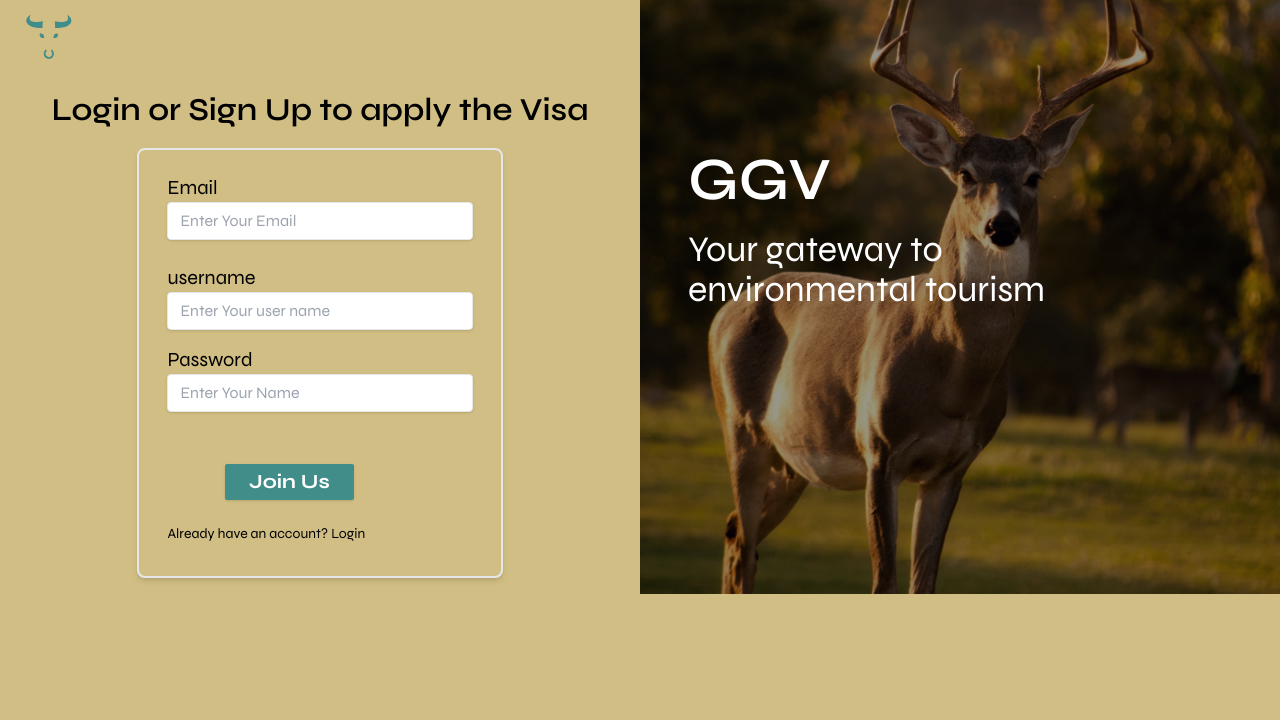
Repository: EngrAhmadUmar/landing-page
Page: /register
An editor plug-in stored every save of this project. The page is shown before and after the next save, followed by the edit.
The browser window is 1280 px wide. The pictures show the whole page.
The project was rebuilt for these pictures with package versions that can differ from the ones it lists, and the page was loaded fresh each time. The framework's server and built-in components were replaced by stand-ins that run in the browser. Also part of the build but not shown: next.config.js, styles/Home.module.css, src/Queries/conservationAreas.jsx, src/mutations/ApplyVisa.js, src/Queries/areaOfConservationQuery.js, src/Components/GetConservationAreas.js, src/Components/ApplyPageComponents/ApplyForm.jsx, src/Components/ApplyPageComponents/FormButton.jsx and 1 more.

Above is the page before, as saved 2022-07-12 09:49:06.

### pages/_app.js
import "../styles/globals.css";
import { ApolloClient, InMemoryCache, ApolloProvider } from "@apollo/client";

//apollo clients
const client = new ApolloClient({
  uri: "http://localhost:1337/graphql",
  cache: new InMemoryCache()
});

function MyApp({ Component, pageProps }) {
  return (
    <ApolloProvider client={client}>
      <Component {...pageProps} />
    </ApolloProvider>
  );
}

export default MyApp;

### pages/register.js
import React from "react";
import { RegisterForm } from "../src/Components/ApplyPageComponents/Index";

export default function Login() {
  return (
    <React.Fragment>
      <div className="bg-[#d1be84] h-[100vh]">
        <RegisterForm />
      </div>
    </React.Fragment>
  );
}

### pages/api/checkout_sessions.js
const stripe = require("stripe")(process.env.STRIPE_SECRET_KEY);

export default async function handler(req, res) {
  if (req.method === "POST") {
    try {
      const sgMail = require("@sendgrid/mail");
      sgMail.setApiKey(process.env.SENDGRID_API_KEY);
      const message = {
        to: "zcaptain65@gmail.com",
        from: "zcaptain2002@gmail.com",
        // subject: "Scenario 44",
        // text: "Lift and coast where possible",
        templateId: "d-f408be01db99489cbd757d4607cf23f2",
        dynamicTemplateData: {
          subject: "GGV Test Email",
        },
        // html: "<h1>Success</h1> <p>We received your purchase request;<br/> we'll be in touch shortly!</p>",
      };

      sgMail
        .send(message)
        .then((response) => console.log("Email Sent"))
        .catch((error) => console.log(error.message));
      // Create Checkout Sessions from body params.
      const session = await stripe.checkout.sessions.create({
        line_items: [
          {
            // Provide the exact Price ID (for example, pr_1234) of the product you want to sell
            price: "price_1LG6qaFQPGmzrn5tDKjmnos3",
            quantity: 1,
          },
        ],
        mode: "payment",

        success_url: `${req.headers.origin}/payments/?success=true`,
        cancel_url: `${req.headers.origin}/payments/?canceled=true`,
      });
      res.redirect(303, session.url);
    } catch (err) {
      res.status(err.statusCode || 500).json(err.message);
    }
  } else {
    res.setHeader("Allow", "POST");
    res.status(405).end("Method Not Allowed");
  }
}

### pages/api/email.js
import React from "react";

export default async function handler(req, res) {
  const sgMail = require("@sendgrid/mail");
  sgMail.setApiKey(process.env.SENDGRID_API_KEY);
  const message = {
    to: "zcaptain65@gmail.com",
    from: "zcaptain2002@gmail.com",
    // subject: "Scenario 44",
    // text: "Lift and coast where possible",
    templateId: "d-f408be01db99489cbd757d4607cf23f2",
    dynamicTemplateData: {
      subject: "GGV Test Email",
    },
  };
  sgMail
    .send(message)
    .then((response) => res.redirect(307, "/payments"))
    .catch((error) => console.log(error.message));
}

### styles/globals.css
@import url("https://fonts.googleapis.com/css2?family=Poppins:wght@400;500;600&family=Syne:wght@400;500;600;700&display=swap");

@tailwind base;
@tailwind components;
@tailwind utilities;

### src/Components/ApplyPageComponents/Index.jsx
export { default as ApplyForm } from "./ApplyForm";
export { default as LoginForm } from "./LoginForm";
export { default as RegisterForm } from "./RegisterForm";

### src/Components/ApplyPageComponents/RegisterForm.jsx
import { gql, useMutation } from "@apollo/client";
import Head from "next/head";
import Image from "next/image";
import Link from "next/link";
import { useState, useRef } from "react";
import styles from "../../../styles/Home.module.css";
import { SIGNUP_MUTATION } from "../../mutations/auth";
import { AUTH_TOKEN } from "../constant";
import Logo from "../UI/Logo";

const JoinUs = () => {
  const [username, setUsername] = useState("");
  const onChangeUsername = (e) => {
    setUsername(e.target.value);
  };
  const [email, setEmail] = useState("");
  const onChangeEmail = (e) => {
    setEmail(e.target.value);
  };
  const [password, setPassword] = useState("");
  const onChangePassword = (e) => {
    setPassword(e.target.value);
  };

  const [signup, { data, loading, error }] = useMutation(SIGNUP_MUTATION, {
    variables: {
      username: username,
      email: email,
      password: password
    }
  });

  if (data) {
    localStorage.setItem(AUTH_TOKEN, data.register.jwt);
    console.log(data);
    console.log(data.register.user?.id);
    console.log(data.register.user?.email);
  }

  const onSubmit = (e) => {
    e.preventDefault();
    if (username === "" || email === "" || password === "") {
      return alert("please fill in all fields");
    }
    signup(username, password, email);

    setEmail("");
    setPassword("");
    setUsername("");
  };

  return (
    <div className=" font-syne " id="joinUs">
      <Head>
        <title>Login to your GGV account</title>
        <meta name="description" content="Join Our Family" />
      </Head>
      <div className="font-syne bg-[#d1be84] bg-cover grid grid-col-1 md:grid-cols-2 2xl:h-[100vh]">
        <div className="">
          <div className="mt-3">
            <Logo />
          </div>

          <h3
            className={`${
              styles.headings
            }  ${"text-center text-3xl md:text-[2rem] mb-5 font-semibold"}`}
          >
            Login or Sign Up to apply the Visa
          </h3>
          <div className="flex items-center justify-center mt-5">
            <form
              onSubmit={onSubmit}
              className="pt-6 pb-8 mb-4 border-2 rounded-lg shadow-md px-7 border-gray max-w-[30rem] "
            >
              <div className="mb-6">
                <label className="text-lg md:text-xl">Email</label>
                <input
                  type="email"
                  className="w-full px-3 py-2 leading-tight text-gray-700 border rounded shadow appearance-none focus:outline-none focus:shadow-outline"
                  name="email"
                  onChange={onChangeEmail}
                  placeholder="Enter Your Email"
                  value={email}
                />
              </div>
              <div className="mb-4">
                <label className="text-lg md:text-xl">username</label>
                <input
                  type="text"
                  name="username"
                  value={username}
                  onChange={(e) => onChangeUsername(e)}
                  placeholder="Enter Your user name"
                  className="w-full px-3 py-2 leading-tight text-gray-700 border rounded shadow appearance-none focus:outline-none focus:shadow-outline"
                />
              </div>
              <div className="mb-4">
                <label className="text-lg md:text-xl">Password</label>
                <input
                  type="password"
                  name="password"
                  value={password}
                  onChange={onChangePassword}
                  placeholder="Enter Your Name"
                  className="w-full px-3 py-2 leading-tight text-gray-700 border rounded shadow appearance-none focus:outline-none focus:shadow-outline"
                />
              </div>

              <div className="mt-5 ml-[8vh]">
                <button className="shadow bg-green focus:shadow-outline focus:outline-none text-white font-bold px-6 md:text-xl rounded-sm mt-8 mb-3 py-1">
                  {loading ? "Sending" : "Join Us"}
                </button>
              </div>

              <h3 className="text-sm mt-3 hover:text-green">
                Already have an account? Login
              </h3>
            </form>
          </div>
        </div>

        <div className="md:flex hidden text-white bg-[url('/apply_for_visa_bg.png')]  bg-cover bg-no-repeat sm:bg-center md:bg-bottom lg:bg-bottom xl:bg-bottom 2xl:center">
          <div className="mt-[50px] md:mt-[150px] mx-4 md:mx-12">
            <h3 className="  text-4xl md:text-5xl lg:text-6xl font-semibold">
              GGV
            </h3>
            <p className="max-w-md md:max-w-xl text-2xl md:text-4xl mt-5">
              Your gateway to <br></br>environmental tourism
            </p>
          </div>
          <div></div>
        </div>
      </div>
    </div>
  );
};

export default JoinUs;

### src/mutations/auth.jsx
import { gql } from "@apollo/client";

const SIGNUP_MUTATION = gql`
  mutation  register($username: String!, $password: String!, $email:String!) {
    register(input: {username:$username, email: $email password:$password}) {
        jwt
        user {
            id
            email
            username
        }
    }
}

`;

const LOGIN_MUTATION = gql`
  mutation  login($username: String!, $password: String!) {
    login(input: {identifier:$username, password:$password}) {
        jwt
        user {
            id
            email
        }
    }
}

`;


export { SIGNUP_MUTATION, LOGIN_MUTATION };

### src/Components/UI/Logo.jsx
import Image from "next/image";

const Logo = () => {
  return (
    <div className="w-[50px] h-20 ml-6">
      <Image
        src="/logo.svg"
        layout="responsive"
        width={5}
        height={5}
        opacity={100}
      />
    </div>
  );
};

export default Logo;

### tailwind.config.js
/** @type {import('tailwindcss').Config} */
module.exports = {
  content: [
    "./pages/**/*.{js,ts,jsx,tsx}",
    "./components/**/*.{js,ts,jsx,tsx}",
    "./src/Components/**/*.{js,ts,jsx,tsx}"
  ],
  theme: {
    extend: {
      colors: {
        black: "#000107",
        green: "#418D89"
      },
      fontFamily: {
        syne: ["Syne"]
      }
    }
  },
  plugins: []
};

Loaded but not shown: src/Components/constant.jsx (common file)

After the next save:
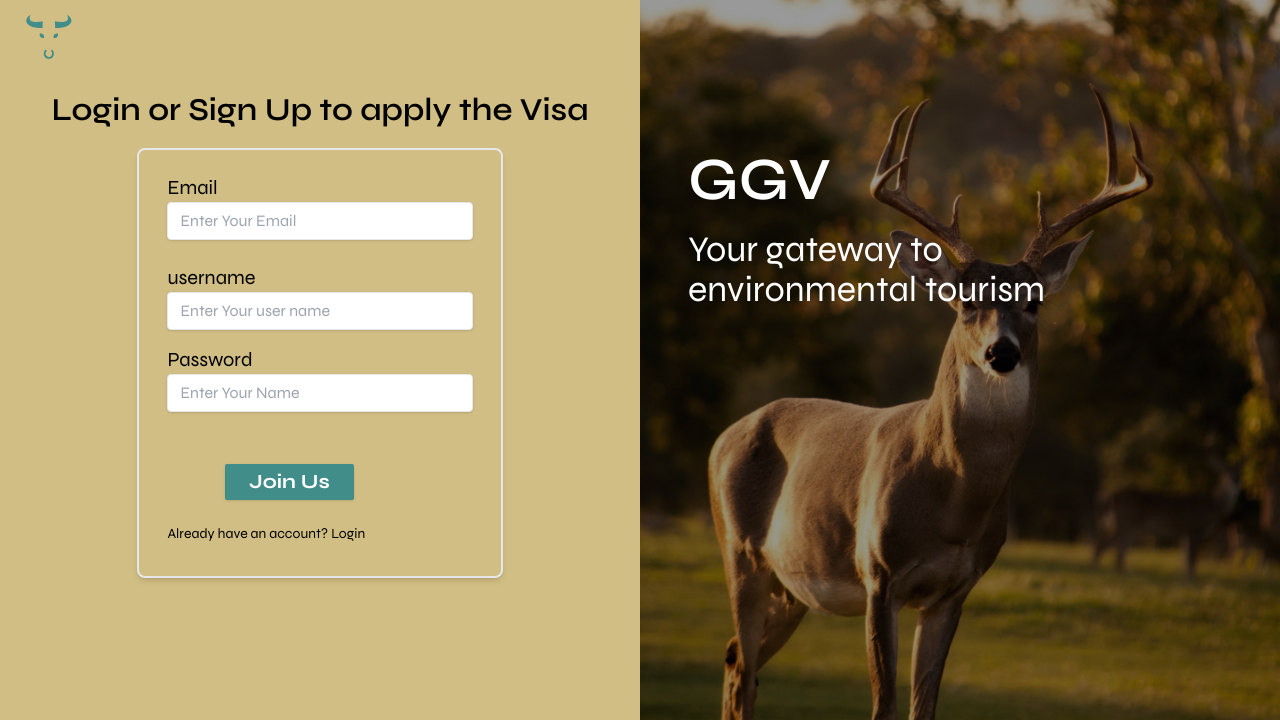
Saved 18 s later.
--- a/src/Components/ApplyPageComponents/RegisterForm.jsx
+++ b/src/Components/ApplyPageComponents/RegisterForm.jsx
@@ -120,7 +120,7 @@ const JoinUs = () => {
           </div>
         </div>
 
-        <div className="md:flex hidden text-white bg-[url('/apply_for_visa_bg.png')]  bg-cover bg-no-repeat sm:bg-center md:bg-bottom lg:bg-bottom xl:bg-bottom 2xl:center">
+        <div className="md:flex hidden text-white bg-[url('/apply_for_visa_bg.png')]  bg-cover bg-no-repeat sm:bg-center md:bg-bottom lg:bg-bottom xl:bg-bottom 2xl:center h-[100vh]">
           <div className="mt-[50px] md:mt-[150px] mx-4 md:mx-12">
             <h3 className="  text-4xl md:text-5xl lg:text-6xl font-semibold">
               GGV
